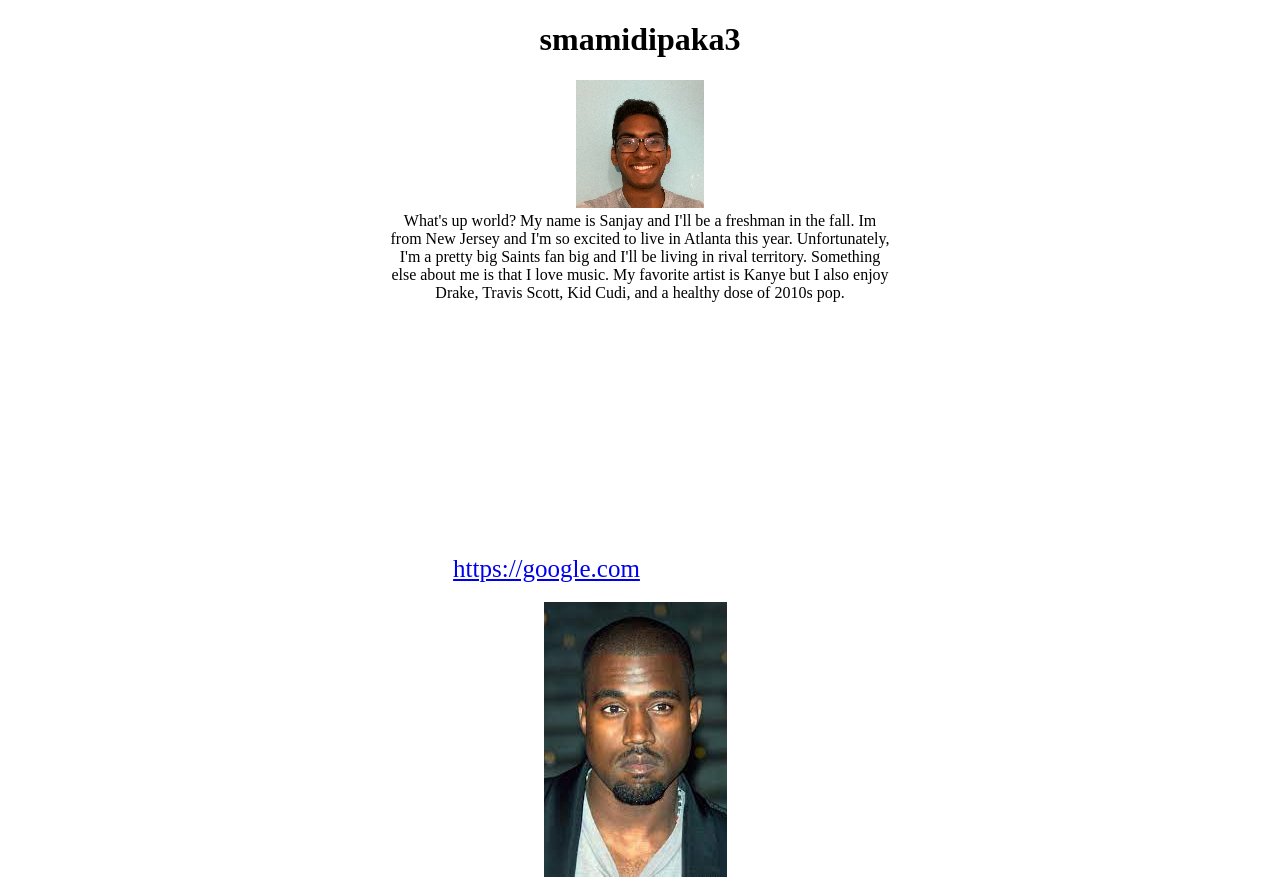
Repository: sanjayMamidipaka/cs1301
Page: lab01/index.html
An editor plug-in stored every save of this project. The page is shown before and after the next save, followed by the edit.
The browser window is 1280 px wide. The pictures show the whole page.

Above is the page before, as saved 2021-07-22 16:16:38.

After the next save:
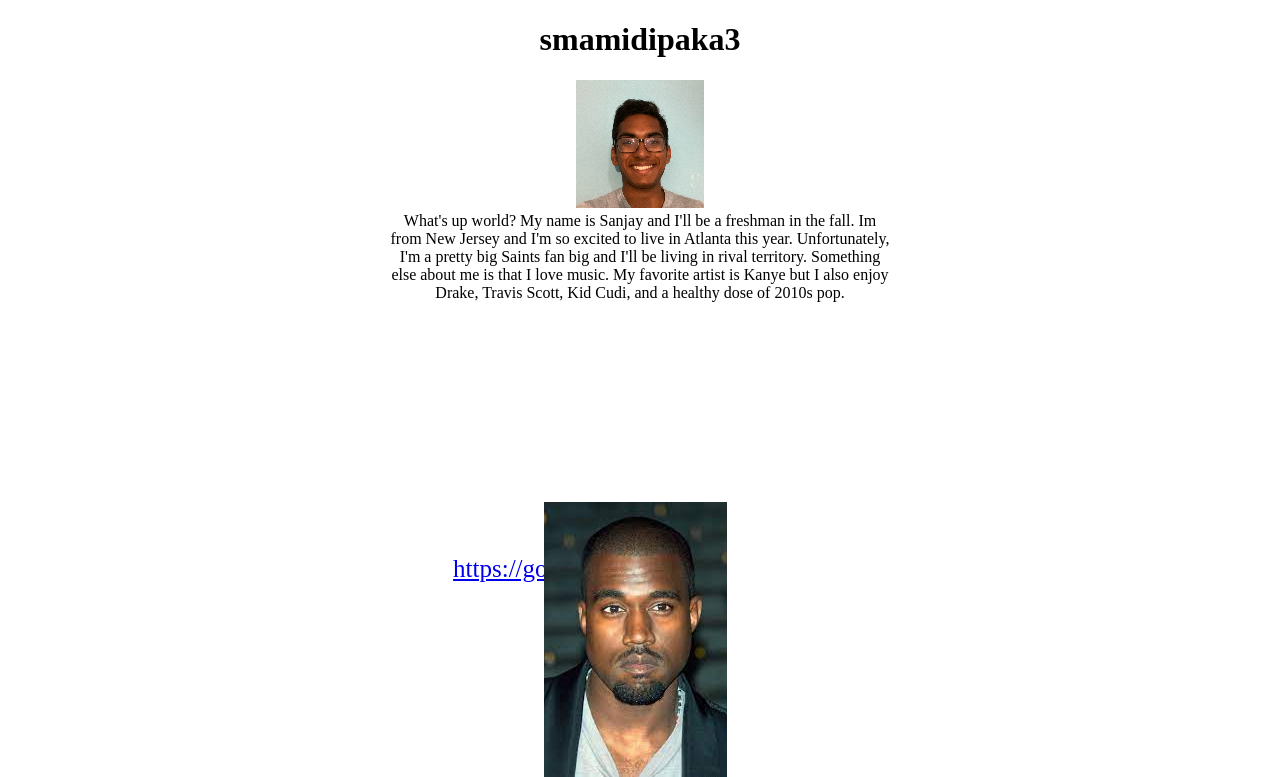
Saved 15 s later.
--- a/lab01/style.css
+++ b/lab01/style.css
@@ -16,5 +16,5 @@
 .kanye {
     position: relative;
     left: -100px;
-    top: 300px;
+    top: 200px;
 }
